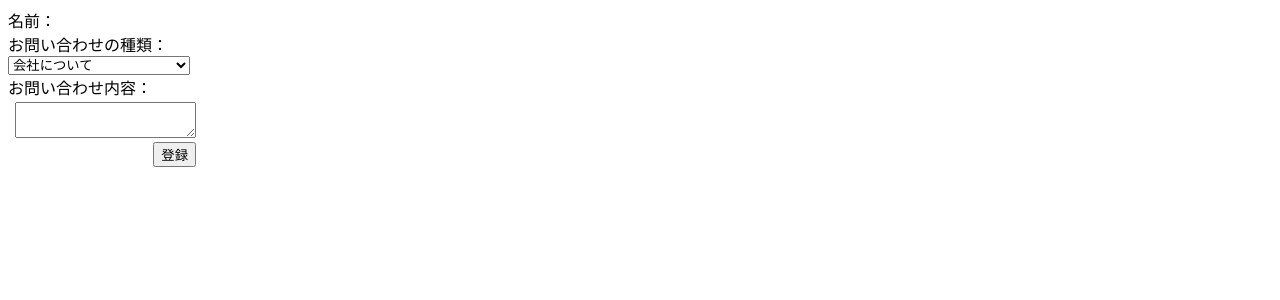
Repository: KanetaniK/test
Page: http://localhost/WebProj2/inquiry.jsp
These files come from the project's save history. The page is drawn as it stood at one moment and after the next save; the edit follows.
The browser window is 1280 px wide. The pictures show the whole page.
The page is served by Tomcat 9. Other server files are loaded and not shown.

Above is the page before, as saved 2019-06-19 11:40:14.

### WebProj2/WebContent/inquiry.jsp
<%@ page language="java" contentType="text/html; charset=UTF-8"
    pageEncoding="UTF-8"%>
    <%@ taglib prefix="s" uri="/struts-tags" %>
<!DOCTYPE html PUBLIC "-//W3C//DTD HTML 4.01 Transitional//EN" "http://www.w3.org/TR/html4/loose.dtd">
<html>
<head>
<meta http-equiv="Content-Type" content="text/html; charset=UTF-8">
<title>お問い合わせフォーム</title>
</head>
<body>
	<s:form method="post" action="InquiryCompleteAction">
		名前：<imput type="text" name="name" /><br>
		お問い合わせの種類：<br>
		<select name="qtype">
			<option value="company">会社について</option>
			<option value="product">製品について</option>
			<option value="support">アフターサポートについて</option>
		</select><br>
		お問い合わせ内容：
		<s:textarea name="body" />
		<br><s:submit value="登録"></s:submit>
	</s:form>
</body>
</html>

After the next save:
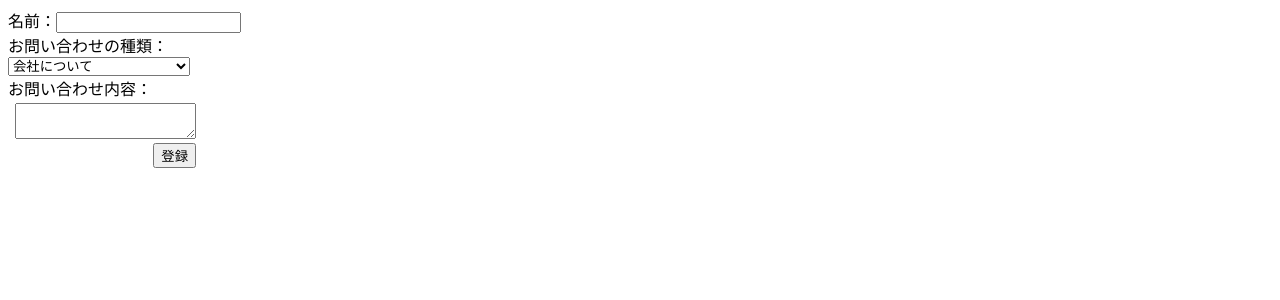
Saved 70 s later.
--- a/WebProj2/WebContent/inquiry.jsp
+++ b/WebProj2/WebContent/inquiry.jsp
@@ -9,7 +9,7 @@
 </head>
 <body>
 	<s:form method="post" action="InquiryCompleteAction">
-		名前：<imput type="text" name="name" /><br>
+		名前：<input type="text" name="name" /><br>
 		お問い合わせの種類：<br>
 		<select name="qtype">
 			<option value="company">会社について</option>
